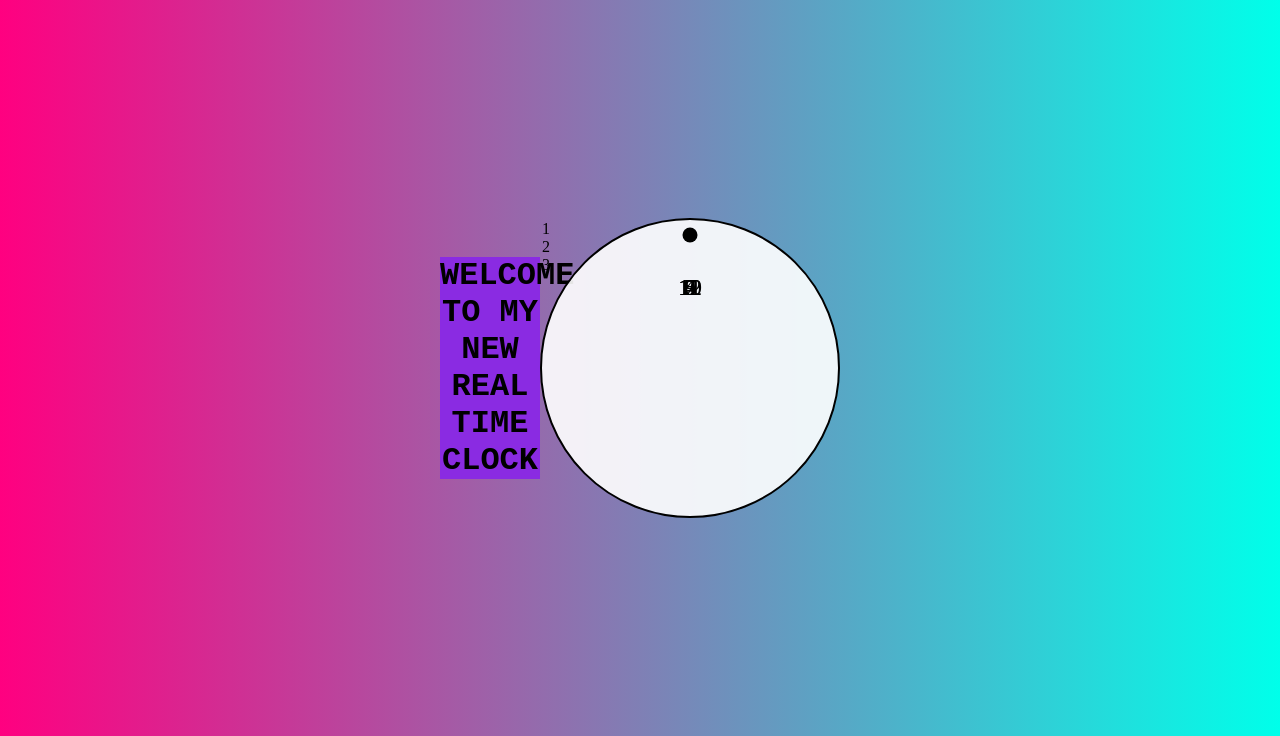
Repository: mirambialex/watch
Page: clock.html
An editor plug-in stored every save of this project. The page is shown before and after the next save, followed by the edit.
The browser window is 1280 px wide. The pictures show the whole page.

Above is the page before, as saved 2024-04-30 11:11:52.
Console error: SyntaxError: Unexpected token '<'

After the next save:
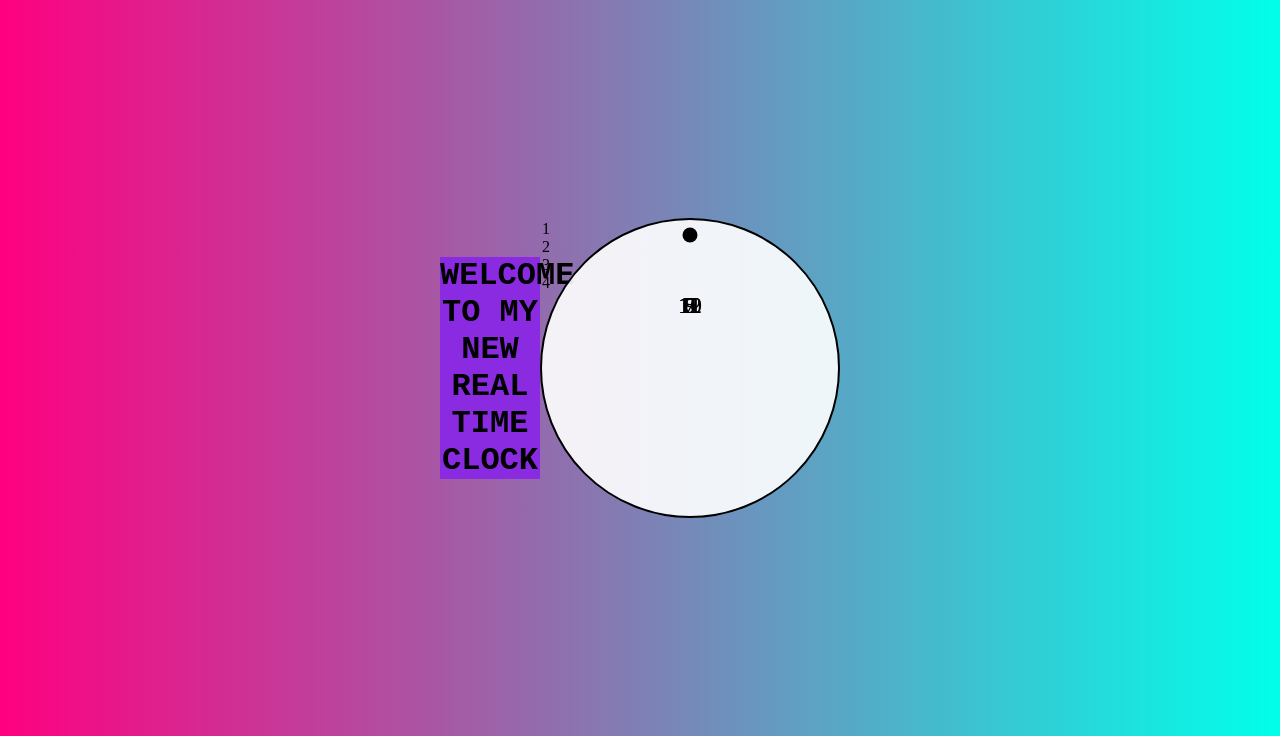
Saved 6 s later.
--- a/clock.html
+++ b/clock.html
@@ -16,7 +16,7 @@
         <div class="number number1">1</div>
         <div class="number number2">2</div>
         <div class="number number3">3</div>
-        <div class="NUMBER NUMBER4">4</div>
+        <div class="number number4">4</div>
         <div class="NUMBER NUMBER5">5</div>
         <div class="NUMBER NUMBER6">6</div>
         <div class="NUMBER NUMBER7">7</div>
